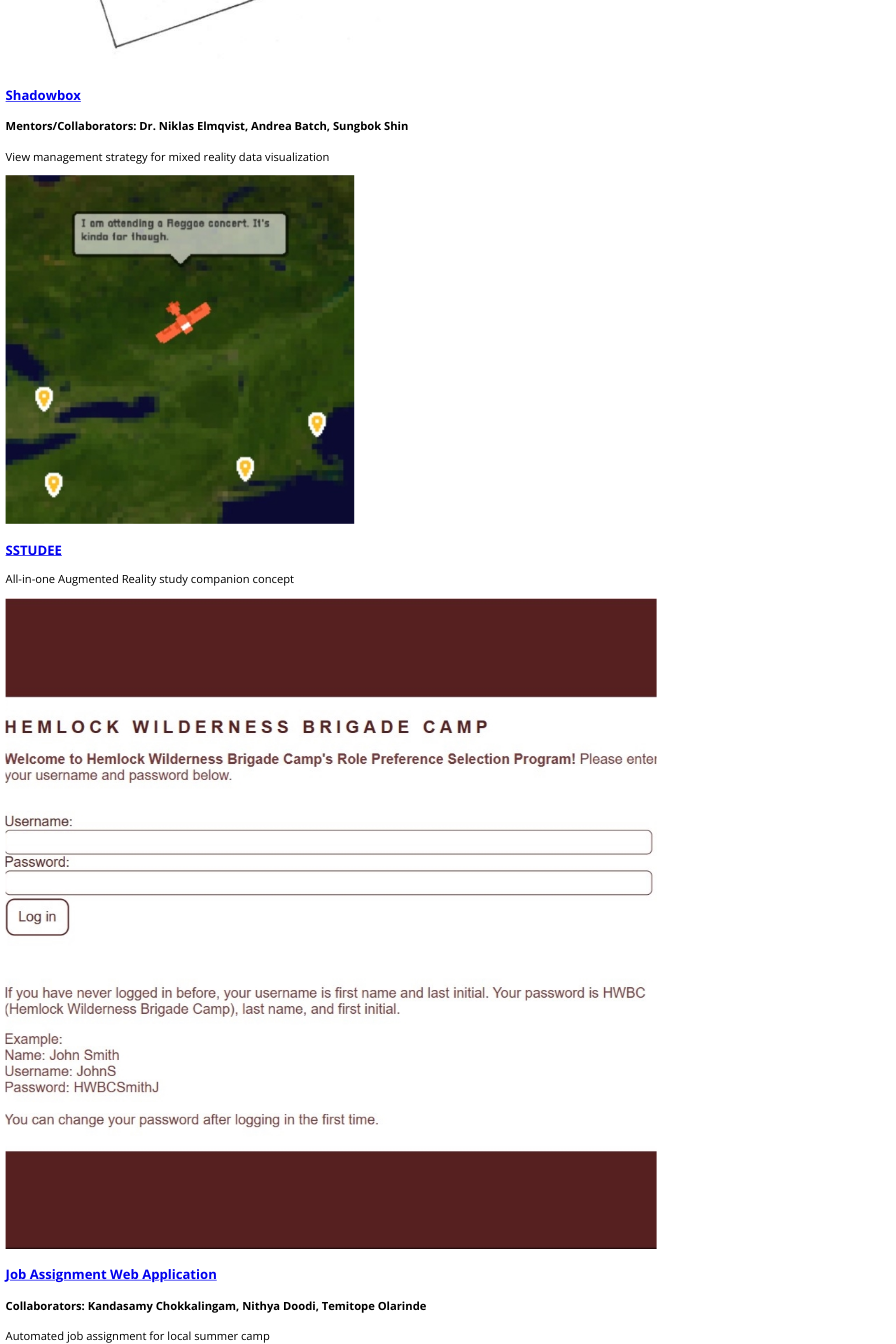
Repository: liu-julia/liu-julia.github.io
Page: index.html
An editor plug-in stored every save of this project. The page is shown before and after the next save, followed by the edit.
The browser window is 1280 px wide. The pictures show the part of the page from y = 1386 to 3306 px (the page is 5060 px tall before and 4978 px after), at 70% of full size.

Above is the page before, as saved 2022-08-02 11:05:55.

### index.html
<!DOCTYPE html>
<html lang="en">
<head>
    <meta charset="UTF-8">
    <meta http-equiv="X-UA-Compatible" content="IE=edge">
    <meta name="viewport" content="width=device-width, initial-scale=1.0">
    <link rel="preconnect" href="https://fonts.googleapis.com">
    <link rel="preconnect" href="https://fonts.gstatic.com" crossorigin>
    <link href="https://fonts.googleapis.com/css2?family=Karla:wght@300;400;700&family=Open+Sans:wght@300;400;700&family=Playfair+Display:wght@400;700&family=Prata&display=swap" rel="stylesheet">
    <link rel="stylesheet" media="screen and (min-width: 1500px)" href="css/1500.css" />
    <link rel="stylesheet" media="screen and (max-width: 1499px)" href="css/mobile.css" />
    <link rel="icon" href="images/jllogo.png">
    <script src="js/scripts.js"></script>
    <title>Julia Liu</title>
</head>
<body>
    <header id="topbar">
        <img id="logo" src="images/jllogo.png" alt="JL logo">
        <div id="navbar">
            <a class="highlighted" href="index.html">Projects</a>
            <a class="hl_hover" href="about.html">About</a>
            <a class="hl_hover" href="contact.html">Contact</a>
        </div>
    </header>
    <div id="content">
        <div id="top">
            <img id="face" src="images/IMG_20210707_193435_832.jpg" alt="Julia Liu">
            <h1 class="highlighted">Hi! My name is <mark>Julia Liu</mark>.</h1>
            <p id="head_desc">I'm a rising sophomore studying Information Systems and Human-Computer Interaction at Carnegie Mellon University.</p>
            <a class="ct-btn-scroll ct-js-btn-scroll" href="#projects"><img alt="Arrow Down Icon" src="images/downarrow.png"></a>
        </div>
        <br>
        <span id="projects"></span>
            <div class="project">
                <img src="images/shadowbox.jpg" alt="Shadowbox">
                <div class="project-text">
                    <h3><a href="https://liu-julia.notion.site/Shadowbox-206a5c5eea2a42a292b238f68e84f78f">Shadowbox</a></h3>
                    <h4>Mentors/Collaborators: Dr. Niklas Elmqvist, Andrea Batch, Sungbok Shin</h4>
                    <p>View management strategy for mixed reality data visualization</p>
                </div>
            </div>
            <div class="project">
                <img src="images/soaringtheskies.jpg" alt="SSTUDEE - AR product concept">
                <div class="project-text">
                    <h3><a href="https://liu-julia.notion.site/SSTUDEE-AR-Product-Concept-c017dea383094d4c96417a929962e60f">SSTUDEE</a></h3>
                    <p>All-in-one Augmented Reality study companion concept</p>
                </div>
            </div>
            <div class="project">
                <img src="images/camp.jpg" alt="Hemlock Wilderness Brigade Camp website">
                <div class="project-text">
                    <h3><a href="https://liu-julia.notion.site/Job-Assignment-Web-App-bd26f317785b4564853cad5746690a5f">Job Assignment Web Application</a></h3>
                    <h4>Collaborators: Kandasamy Chokkalingam, Nithya Doodi, Temitope Olarinde</h4>
                    <p>Automated job assignment for local summer camp</p>
                </div>
            </div>
            <div class="project">
                <img src="images/pamelas1.jpg" alt="Pamela's Diner website">
                <div class="project-text">
                    <h3><a href="https://liu-julia.notion.site/Web-Development-Project-Pamela-s-Diner-67d99581677243809cbfb3ee69a6fb9d">Web Development Project: Pamela's Diner</a></h3>
                    <p>Revamped website concept for local diner</p>
                </div>
            </div>
            <div class="project">
                <img src="images/soaringtheskies.jpg" alt="Soaring the Skies - 2D airplane game">
                <div class="project-text">
                    <h3><a href="https://github.com/liu-julia/TartanHacks2022">Geographic Trivia Game: Soaring the Skies</a></h3>
                    <h4>Collaborators: Gary Bailey, William Crenshaw</h4>
                    <p>Soar the vast, open skies while learning about the world</p>
                </div>
            </div>
        <br>
        <!--<h3 id="construction">More coming soon</h3>-->
        <div id="foot">
            <h3 class="highlighted">Thanks for visiting!</h3>
            <div>
                <p><b>Phone: </b> (240) 803 7115</p>
                <p><b>Email: </b> juli<!--anti spam-->aliu1233 <!--anti spam--> [at] gmai<!--anti spam-->l [dot] com</p>
                <a href="JuliaLiu.pdf"><b>Resume</b></a>
            </div>
        </div>
    </div>
</body>
</html>

### css/mobile.css
:root {
    font-family: 'Open Sans', sans-serif;
}
html {
    height: 100%;
}

body {
    height: 100%;
}
#content {
    height: 100%;
}
header {
    position: fixed;
    top: 0;
    left: 0;
    right: 0;
    width: 100%;
    height: 60px;
    background-color: white;
    z-index: 1;
    box-shadow: 0 0 10px #FFFFFF;
    transition: top .2s;
}
#logo {
    width: 25px;
    height: 35px;
    padding: 13px;
}
#navbar {
    display: none;
}
mark {
    background-color: #ffdddd;
}

#face {
    position: absolute;
    width: 75%;
    max-width: 500px;
    top: 5em;
    left: 10%;
    right: 10%;
    border-radius: 2em;
    margin: auto;
    box-shadow: 2px 2px 10px #00000066;
}

h1{
    font-family: 'Prata', serif;
    font-weight: 400;
    font-size: 3em;
    position: absolute;
    bottom: 13rem;
    left: 5%;
    right: 5%;
    text-align: center;
    margin: auto;
    width: 90%;
}
#head_desc {
    font-size: 1.2em;
    font-weight: 400;
    position: absolute;
    bottom: 6rem;
    width: 90%;
    left: 5%;
    right: 5%;
    text-align: center;
    margin: auto;
    width: 90%;
}
a img {
    max-width: 20%;
    position: absolute;
    bottom: 30px;
    margin: auto;
    left: 1rem;
    right: 1rem;
}

#top {
    height: 100%;
}

### js/scripts.js
if (window.innerWidth > 1500) {
  var prevScrollpos = window.pageYOffset;
  window.onscroll = function() {
    var currentScrollPos = window.pageYOffset;
    if (prevScrollpos > currentScrollPos) {
      document.getElementById("topbar").style.top = "0";
    } else {
      document.getElementById("topbar").style.top = "-70px";
    }
    prevScrollpos = currentScrollPos;
  }
}

### css/1500.css
:root {
    font-family: 'Open Sans', sans-serif;
}
html {
    height: 100%;
}
header {
    position: fixed;
    top: 0;
    left: 0;
    right: 0;
    width: 100%;
    height: 60px;
    background-color: white;
    z-index: 1;
    box-shadow: 0 0 10px #FFFFFF;
    transition: top .2s;
}
#logo {
    width: 25px;
    height: 35px;
    padding: 13px;
}
#navbar {
    float: right;
}
#navbar a {
    position: relative;
    top: 10px;
    margin-right: 25px;
    align-self: center;
    color: black;
}
body {
    height: 100%;
}
#content {
    height: 100%;
}
h1 {
    font-family: 'Prata', serif;
    font-weight: 400;
    font-size: 6.25vw;
}
#top {
    height: 100%;
}
h1{
    position: absolute;
    bottom: 11rem;
    left: 1em;
    right: 1em;
    text-align: center;
    margin: auto;
    width: auto;
    max-width: 75%;
}
h1.highlighted::before {
    content: "";
    position: absolute;
    width: 100%;
    background: #ffdddd;
    left: .25em;
    bottom: .15em;
    height: .7em;
    z-index: -1;
    animation: highlightAnimation ease 3s;
    animation-iteration-count: 1;
    animation-fill-mode: forwards;
}

@keyframes highlightAnimation {
    0% {
        transform: scaleX(0);
        transform-origin: left;
    }
    100% {
        transform: scaleX(1);
        transform-origin: left;
     }
}

#navbar a {
    background: none;
}

#navbar a.highlighted::before {
    content: "";
    position: absolute;
    width: 100%;
    background: #ffdddd;
    left: .25em;
    bottom: .05em;
    height: .7em;
    z-index: -1;
}
.hl_hover::before {
    content: "";
    position: absolute;
    width: 100%;
    background: #ffdddd;
    left: .25em;
    bottom: .05em;
    height: .7em;
    z-index: -1;
    transition: transform 0.5s;
    transform: scaleX(0);
    transform-origin: right;
}
.hl_hover:hover::before {
    transform: scaleX(1);
    transform-origin: left;
}
mark {
    background-color: transparent;
}
h2 {
    font-family: 'Playfair Display', serif;
    font-size: 3em;
}
h3 {
    font-family: 'Playfair Display', serif;
    font-size: 2em;
}
h4 {
    font-size: 1.2rem;
    line-height: 1.5em;
}
h3.highlighted::before {
    content: "";
    position: absolute;
    width: 100%;
    background: #ffdddd;
    left: .25em;
    bottom: .05em;
    height: .7em;
    z-index: -1;
}
#navbar a {
    font-family: 'Playfair Display', serif;
    font-size: 1.5em;
    font-weight: 700;
    text-decoration: none;
}
p {
    font-size: 1.2rem;
}
#head_desc {
    font-size: 1.5em;
    font-weight: 400;
    position: absolute;
    bottom: 6rem;
    width: 90%;
    left: 1rem;
    right: 1rem;
    text-align: center;
    margin: auto;
    width: 75%;
}
#face {
    position: absolute;
    height: 45%;
    top: 5em;
    left: 30em;
    right: 30em;
    border-radius: 2em;
    margin: auto;
    box-shadow: 2px 2px 10px #00000066;
}
#foot {
    padding-left: 30px;
    position: absolute;
    width: 90%;
    height: 40%;
}
#foot h3.highlighted {
    position: absolute;
    bottom: 65%;
}
#foot div {
    position: absolute;
    bottom: 25%;
    padding: 20px;
}
a {
    color: black;
    background: linear-gradient(180deg,rgba(255,255,255,0) 50%, #ffddddb0
    50%);
    transition: background .3s;
    text-decoration: none;
}
#foot a {
    font-size: 1.2rem;
}
a:hover {
    background: linear-gradient(180deg,rgba(255,255,255,0) 50%, #ffdddd
    50%);
}
#construction {
    height: 100%;
}

body {
    animation: fadeInAnimation ease 2s;
    animation-iteration-count: 1;
    animation-fill-mode: forwards;
}

@keyframes fadeInAnimation {
    0% {
        opacity: 0;
    }
    100% {
        opacity: 1;
     }
}
.project {
    width: 70%;
    display: flex;
    margin: auto;
    height: 40%;
    padding: 2.5rem;
    align-items: center;
}
.project img {
    max-width: 40%;
    max-height: 100%;
    box-shadow: 2px 2px 10px #00000066;
    border-radius: 2rem;
    margin: 3em;
}

a img {
    max-width: 8%;
    position: absolute;
    bottom: 30px;
    margin: auto;
    left: 1rem;
    right: 1rem;
}
.about {
    width: 70%;
    display: flex;
    margin: auto;
    height: 100%;
    align-items: center;
}

.about img {
    max-width: 30%;
    box-shadow: 2px 2px 10px #00000066;
    border-radius: 2rem;
    margin: 1.25em;
}

.about-text {
    position: absolute;
    margin-left: 25%;
    margin-right: 15%;
}
.about-text h2 {
    position: absolute;
    top: -110px;
}

h2.highlighted::before {
    content: "";
    position: absolute;
    width: 100%;
    background: #ffdddd;
    left: .20em;
    bottom: .05em;
    height: .7em;
    z-index: -1;
}

.form-container {
    width: 70%;
    margin: auto;
    height: 100%;
    align-items: center;
}

.form-container h2 {
    position: absolute;
    top: 5rem;
}

form {
    margin-top: 12rem;
    width: 100%;
    height: 60%;
}

input {
    width: 100%;
    background-color: #e7e7e7;
    border: none;
    border-bottom: 2px solid #ffffffff;
    font-size: 1.1rem;
    font-family: 'Open Sans', sans-serif;
    transition: background-color .3s;
}
input:focus {
    outline: none;
    border-bottom: 2px solid black;
    background-color: #efefef;
}
textarea {
    width: 100%;
    background-color: #e7e7e7;
    border: none;
    height: 30%;
    font-size: 1.1rem;
    font-family: 'Open Sans', sans-serif;
    transition: background-color .3s;
}
textarea:focus {
    outline-width: 2px;
    background-color: #efefef;

}
label {
    font-family: 'Playfair Display', serif;
    font-size: 1.5rem;
    font-weight: bold;
}

button {
    font-family: 'Playfair Display', serif;
    font-size: 2rem;
    font-weight: bold;
    background-color: white;
    border: none;
    display: block;
    margin-right: auto;
    margin-left: auto;
    width: auto;
    margin-top: 10px;
    margin-bottom: 10px;
    transition: box-shadow .3s;
}
button:hover {
    box-shadow: 6px 6px 0px #ffdddd, -6px -6px 0px #ffdddd;
}
.project-text h3, .project-text h4, .project-text p {
    margin-bottom: 0px;
    margin-top: 10px;
}

After the next save:
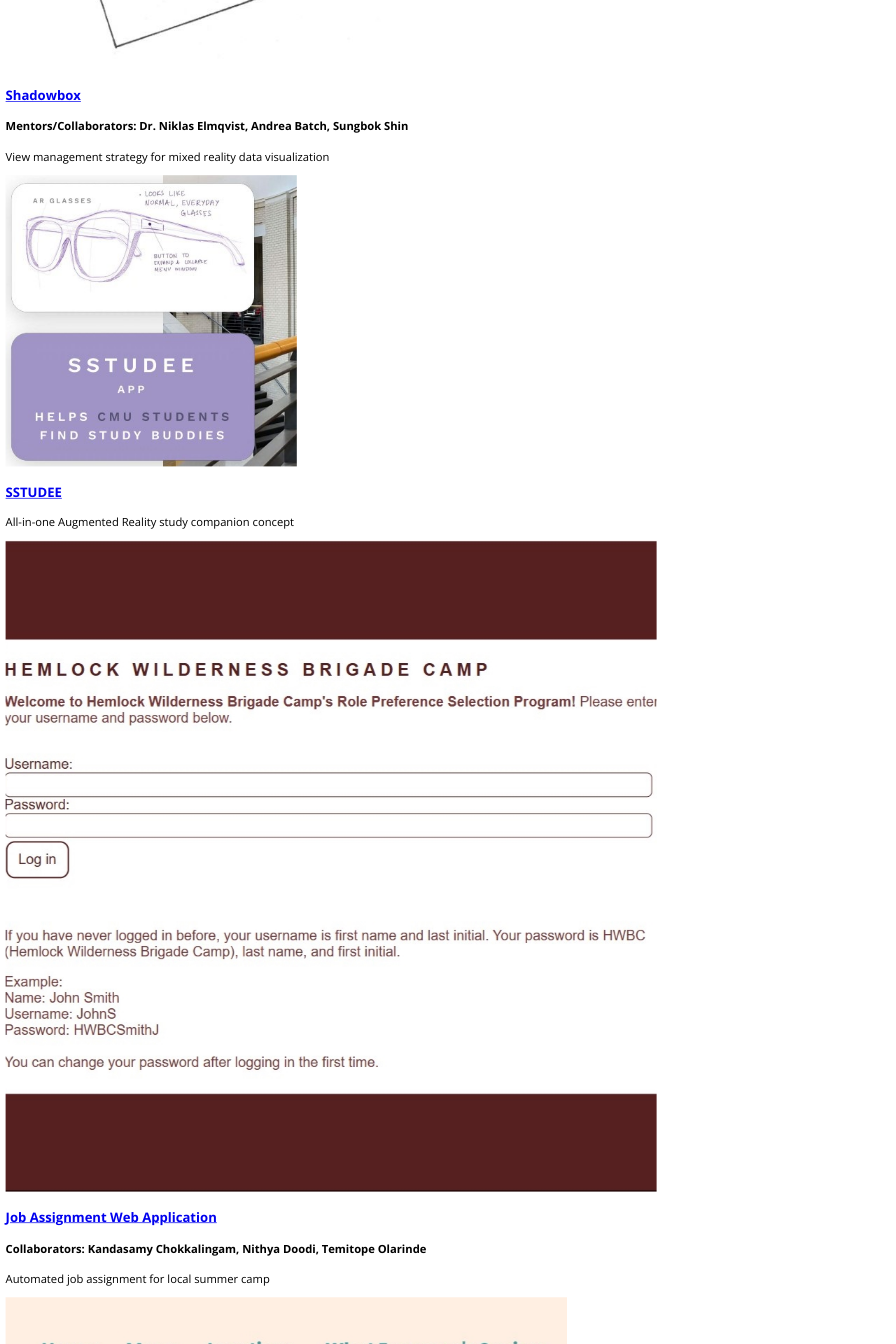
Saved 3 min 50 s later.
--- a/index.html
+++ b/index.html
@@ -40,7 +40,7 @@
                 </div>
             </div>
             <div class="project">
-                <img src="images/soaringtheskies.jpg" alt="SSTUDEE - AR product concept">
+                <img src="images/sstudee.jpg" alt="SSTUDEE - AR product concept">
                 <div class="project-text">
                     <h3><a href="https://liu-julia.notion.site/SSTUDEE-AR-Product-Concept-c017dea383094d4c96417a929962e60f">SSTUDEE</a></h3>
                     <p>All-in-one Augmented Reality study companion concept</p>
